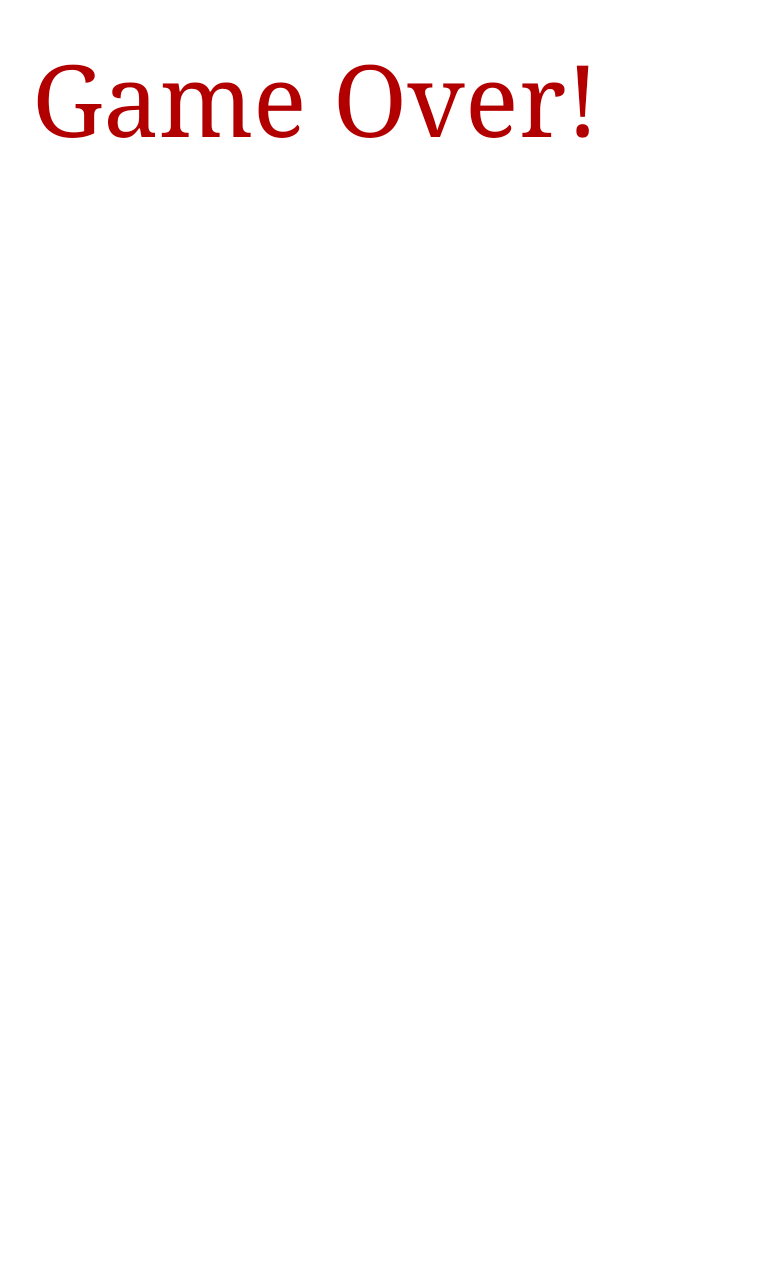
Repository: osheac5/fire
Layout: fire/res/layout/activity_splash_screen.xml
The author's editor kept a copy of each file at every save. The layout is drawn from the files as they stood at one save, then again after the next save.
It is drawn on a 768 x 1280 px phone screen (xhdpi) without system bars, with theme AppTheme; the app's code is not run.

Above is the layout before, as saved 2013-11-25 11:16:21.

After the next save:
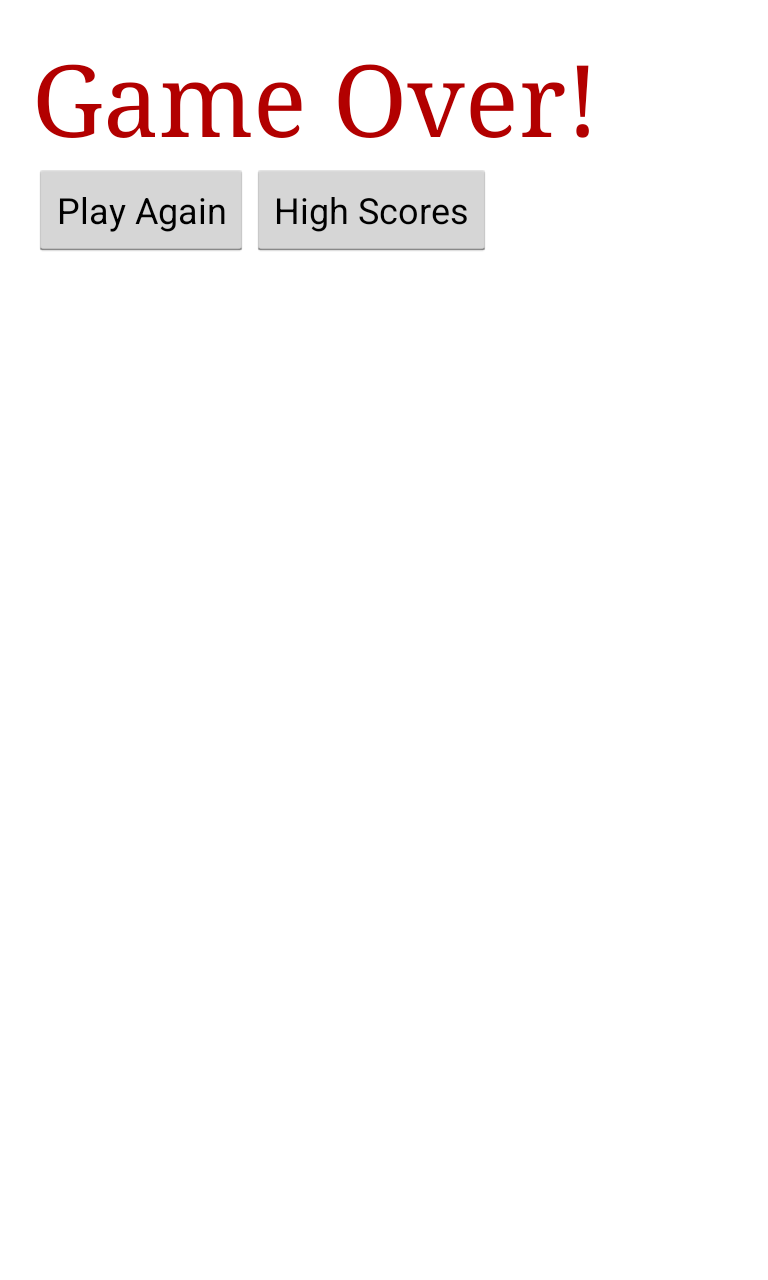
Saved 51 s later.
--- a/fire/res/layout/activity_splash_screen.xml
+++ b/fire/res/layout/activity_splash_screen.xml
@@ -2,7 +2,7 @@
     xmlns:tools="http://schemas.android.com/tools"
     android:layout_width="match_parent"
     android:layout_height="match_parent"
-    android:orientation="horizontal"
+    android:orientation="vertical"
     android:paddingBottom="@dimen/activity_vertical_margin"
     android:paddingLeft="@dimen/activity_horizontal_margin"
     android:paddingRight="@dimen/activity_horizontal_margin"
@@ -12,7 +12,7 @@
     <LinearLayout
         android:layout_width="match_parent"
         android:layout_height="wrap_content"
-        android:orientation="vertical" >
+        android:orientation="horizontal" >
 
         <TextView
             android:layout_width="wrap_content"
